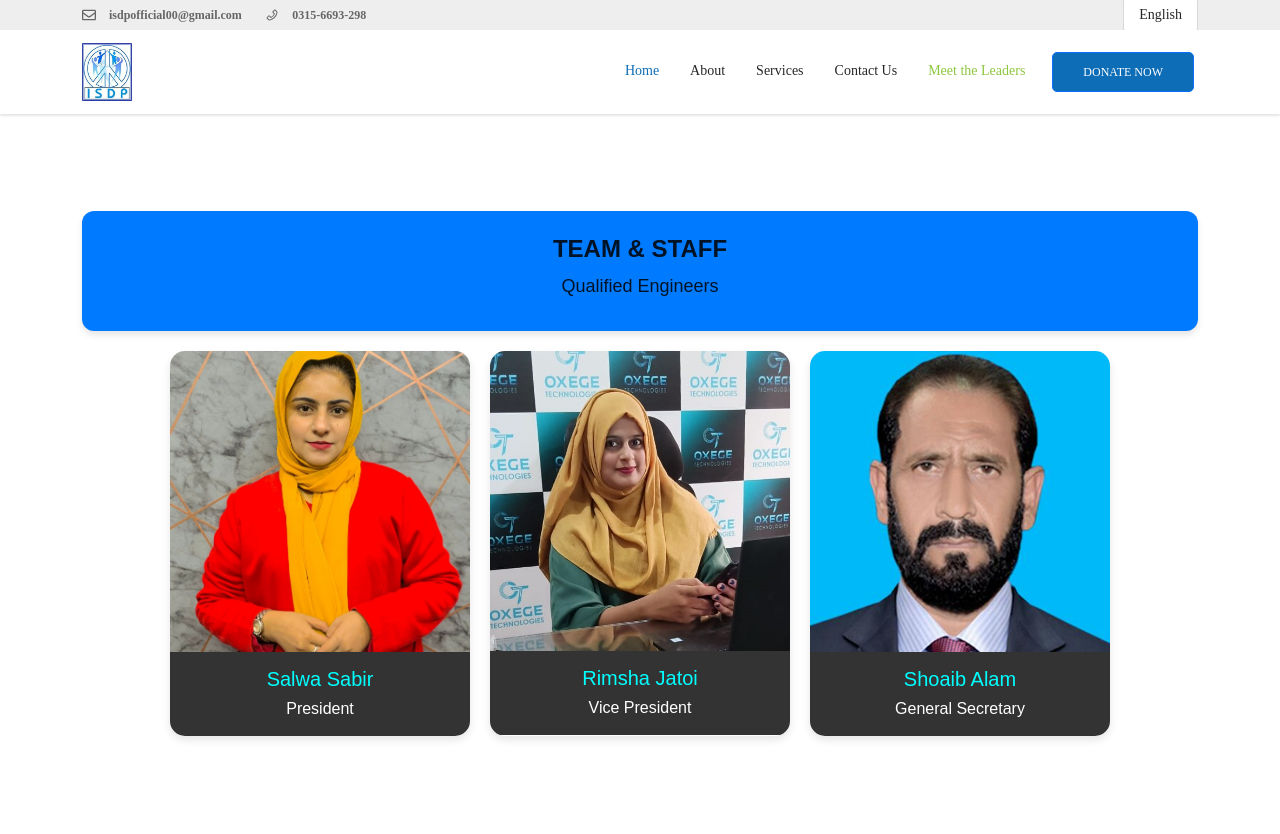
Repository: mfaizanakram8/isdp
Page: team.html
These files come from the project's save history. The page is drawn as it stood at one moment and after the next save; the edit follows.
The browser window is 1280 px wide. The pictures show the part of the page from y = 0 to 834 px (the page is 1410 px tall).
Pictures or frames that could not be fetched are drawn as grey boxes. Some web fonts or font styles are not loaded; a fallback is used.

Above is the page before, as saved 2025-02-23 00:37:47.

After the next save:
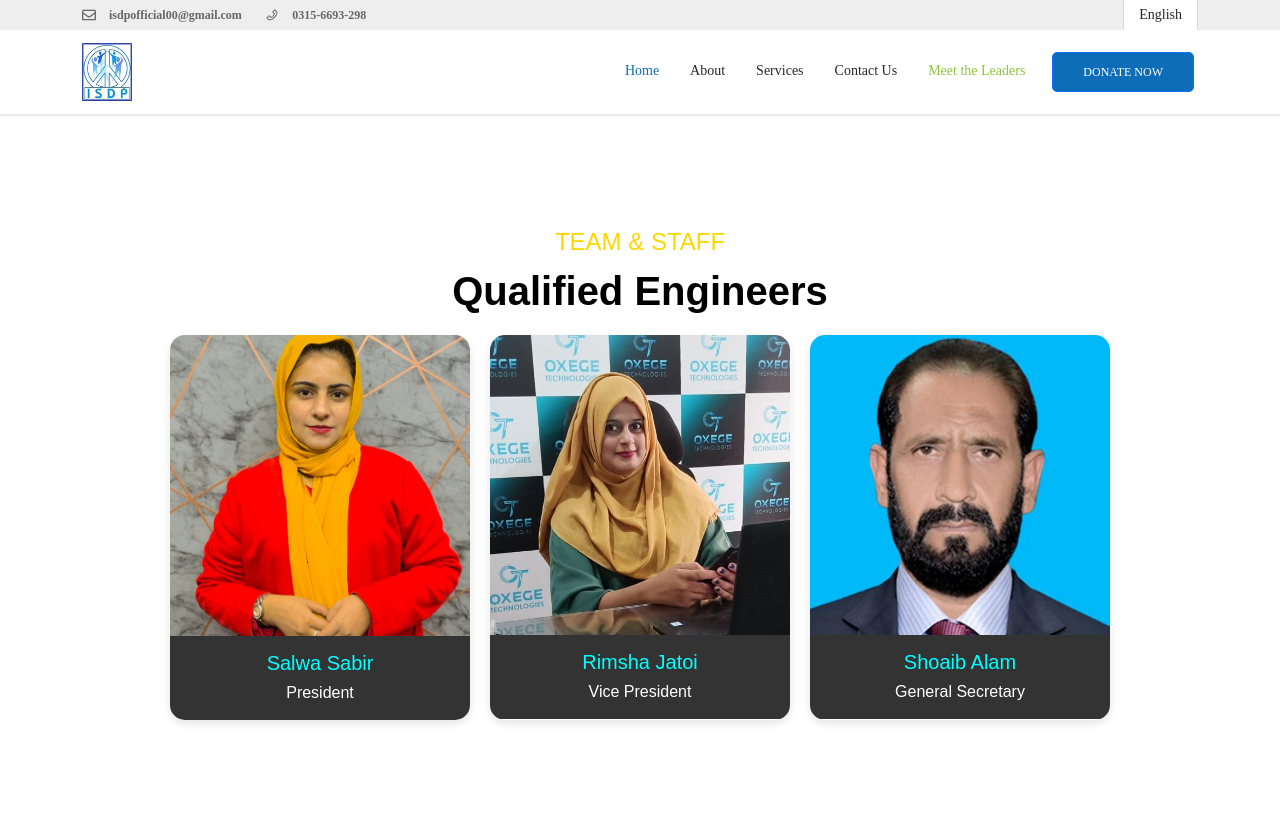
Saved 4 s later.
--- a/team.html
+++ b/team.html
@@ -104,7 +104,7 @@
       >
         <div class="my-2 my-lg-auto navbar-nav navbar-nav-scroll">
           <div class="theme_link theme_link_ltr navbar-nav" href="/">
-            <a class="nav-link" href="/index.html"
+            <a class="nav-link" href="/"
               ><span class="ant-typography text_english active_link"
                 >Home</span
               ></a
@@ -487,11 +487,10 @@
 
 <div class="maincont">
     <div class="container">
-      <div style="background-color: #007bff; color: white; border-radius: 12px; padding: 24px; box-shadow: 0px 4px 6px rgba(0, 0, 0, 0.1); text-align: center;">
-        <h1 style="font-size: 24px; font-weight: bold;">TEAM & STAFF</h1>
-        <h2 style="font-size: 18px;">Qualified Engineers</h2>
-    </div>
-
+        <div class="header">
+            <h1>TEAM & STAFF</h1>
+            <h2>Qualified Engineers</h2>
+        </div>
         <div class="team-members">
             <div class="member">
                 <img src="t3.jpeg" alt="Lionel Wurtch Bach">
